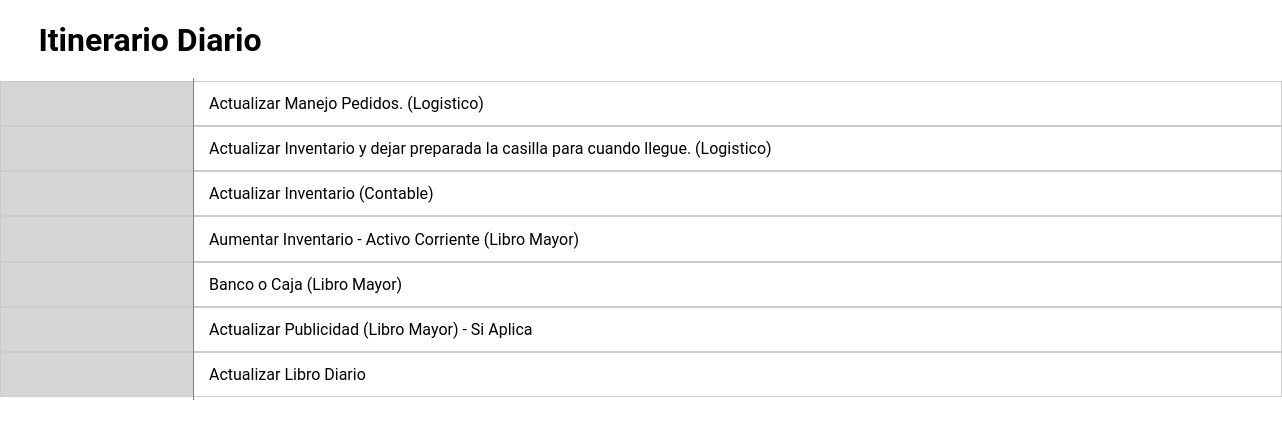
Repository: aCoupon0/intranet
Page: 1/iti-dia.html
An editor plug-in stored every save of this project. The page is shown before and after the next save, followed by the edit.
The browser window is 1280 px wide. The page is 1282 px wide, so the pictures cover 1282 px, including what lies to the right of the window. The pictures show the whole page.

Above is the page before, as saved 2024-12-11 11:28:30.

After the next save:
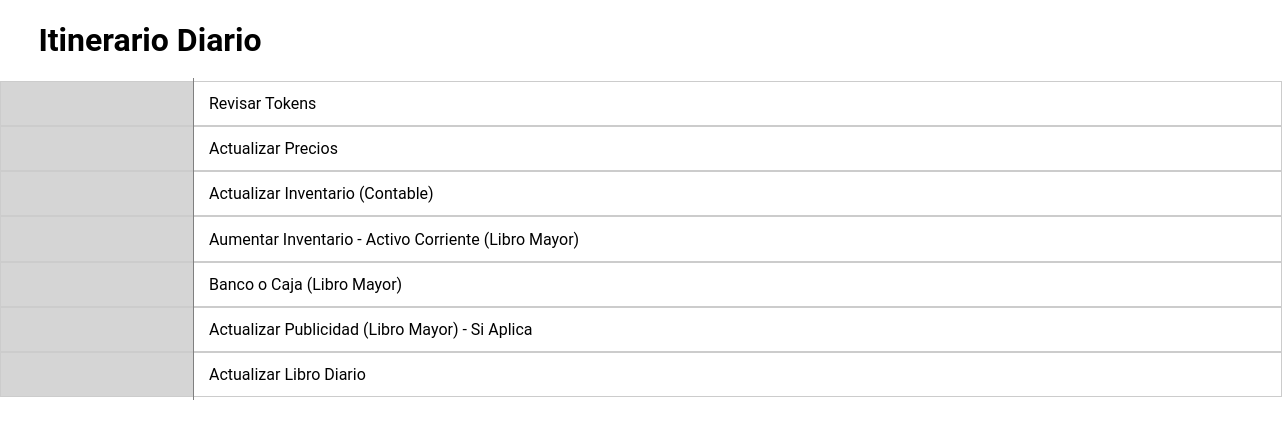
Saved 37 s later.
--- a/1/iti-dia.html
+++ b/1/iti-dia.html
@@ -12,13 +12,13 @@
     <div class="container">
         <div class="checkbox" onclick="toggleCheckbox(this)"></div>
         <div class="text-container">
-            <p>Actualizar Manejo Pedidos. (Logistico)</p>
+            <p>Revisar Tokens</p>
         </div>
     </div>
     <div class="container">
         <div class="checkbox" onclick="toggleCheckbox(this)"></div>
         <div class="text-container">
-            <p>Actualizar Inventario y dejar preparada la casilla para cuando llegue. (Logistico)</p>
+            <p>Actualizar Precios</p>
         </div>
     </div>
     <div class="container">
